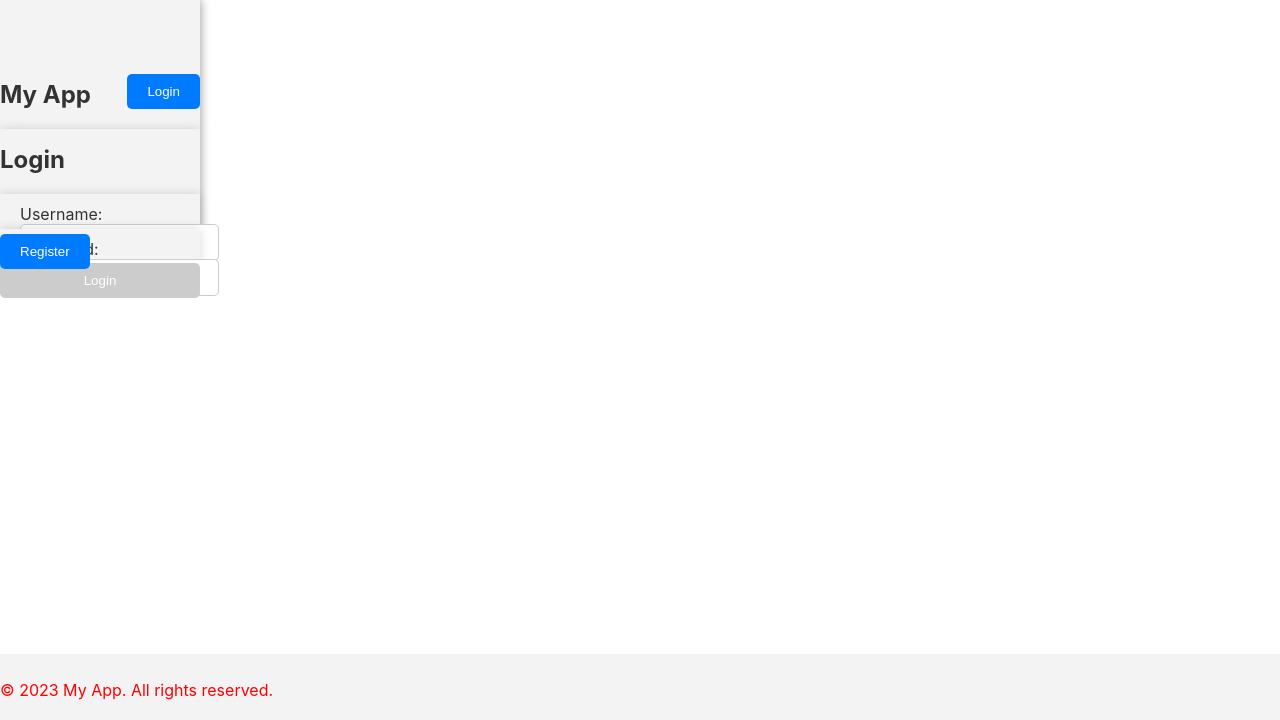
Repository: iMlearnDinG/react-app-v2
Page: /login
These files come from the project's save history. The page is drawn as it stood at one moment and after the next save; the edit follows.
The browser window is 1280 px wide. The pictures show the whole page.
The page's requests for data from a server got no answer. The project was rebuilt for these pictures with package versions that can differ from the ones it lists, and the page was loaded fresh each time. No one was signed in, and anything a server would have sent is missing. Also part of the build but not shown: src/components/Register.js, src/components/Lobby.js, src/components/Game.js, src/components/Menu.js.

Above is the page before, as saved 2023-07-19 02:09:43.

After the next save:
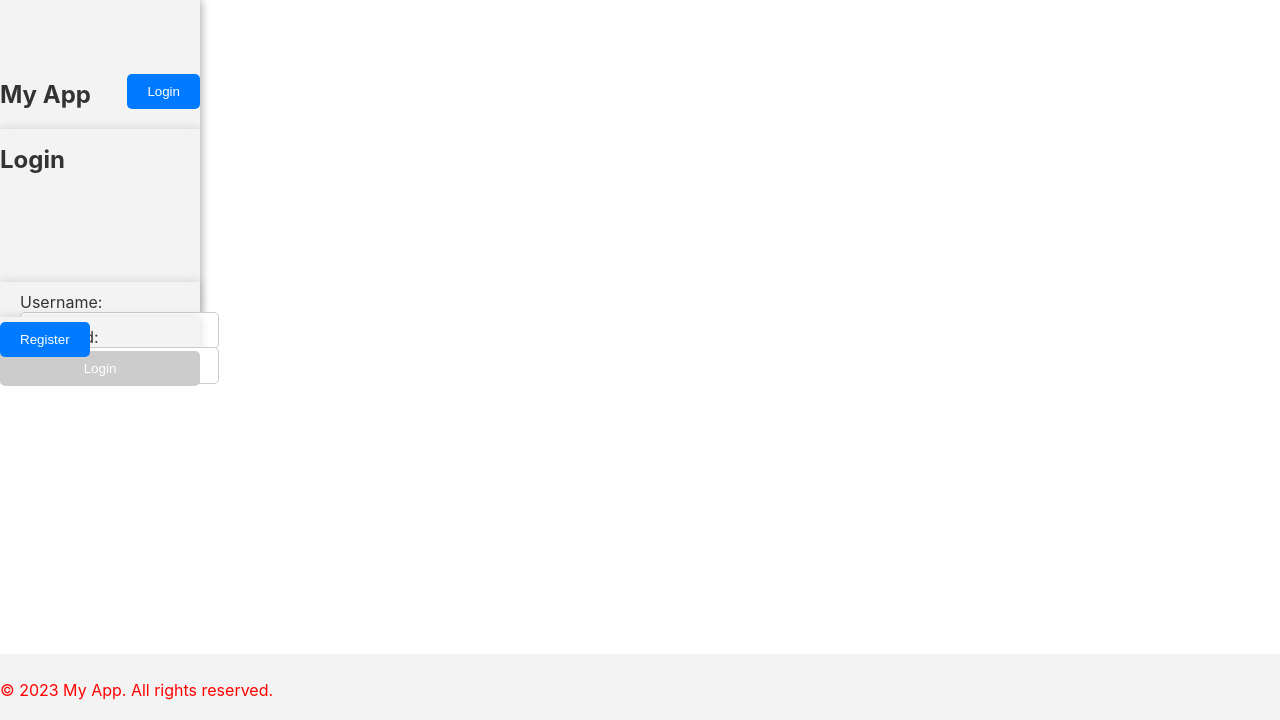
Saved 71 s later.
--- a/src/css/login.css
+++ b/src/css/login.css
@@ -24,6 +24,7 @@ div {
     flex-direction: column;
     width: 200px;
     height: 40px;
+    margin-top: 15vh;
   }
 
   div label {
@@ -32,7 +33,7 @@ div {
   }
 
   div input {
-    margin-bottom: 20px;
+    margin-bottom: 70px;
     padding: 10px;
     border: 1px solid #ccc;
     border-radius: 5px;
